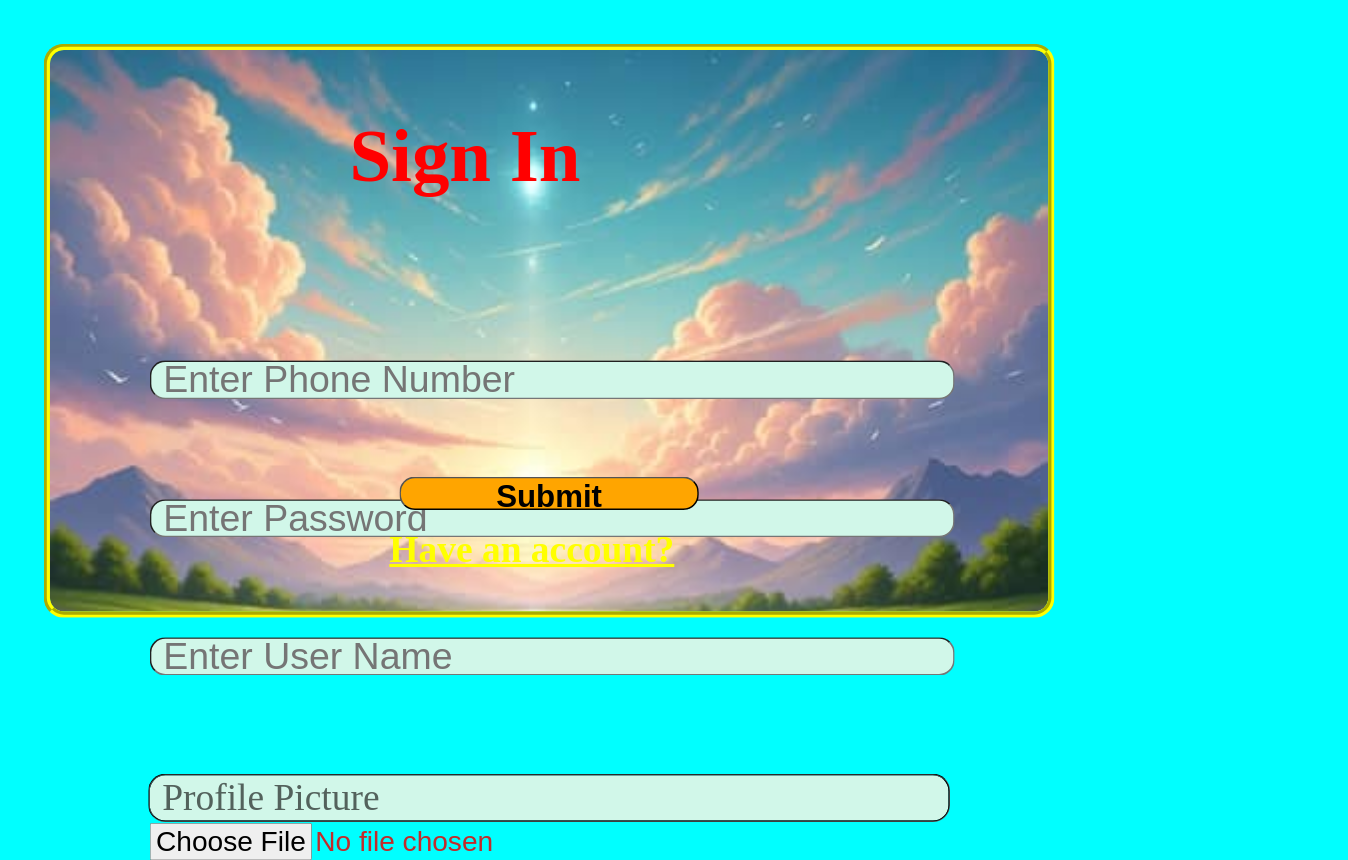
Repository: Amani-Kibet/express-app-web
Page: pages/signup/signIn.html
The author's editor kept a copy of each file at every save. The page is drawn from the files as they stood at one save, then again after the next save.
The browser window is 1280 px wide. The page is 1728 px wide, so the pictures cover 1728 px, including what lies to the right of the window. The pictures show the whole page, at 78% of full size.

Above is the page before, as saved 2025-09-28 16:33:55.

After the next save:
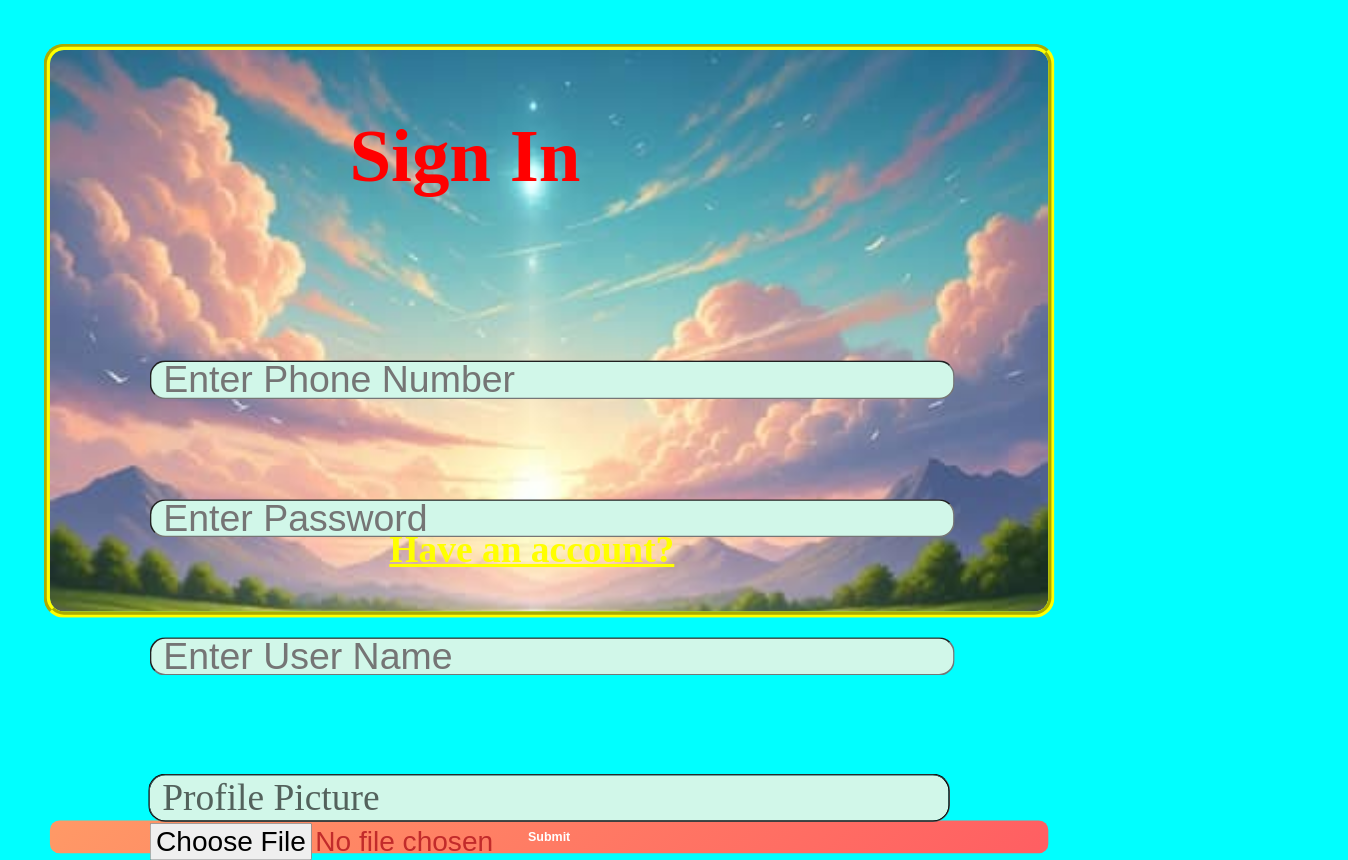
Saved 61 s later.
--- a/pages/signup/signIn.html
+++ b/pages/signup/signIn.html
@@ -49,17 +49,19 @@
     left: 1rem;
     color: black;
   }
-  #submit{
-    background: orange;
-    position: absolute;
-    width: 30%;
-    height: 6%;
-    top: 76%;
-    left: 35%;
-    border-radius: 20px;
-    font-size: 2.5em;
+  #submit {
+    background: linear-gradient(135deg, #ff9966, #ff5e62);
+    color: white;
+    width: 100%;
+    padding: 12px;
+    border: none;
+    border-radius: 12px;
+    font-size: 1rem;
     font-weight: bold;
+    cursor: pointer;
+    transition: transform 0.2s ease, box-shadow 0.2s ease;
   }
+
   #msg{
     background: lightblue;
     width: 70%;

After the save that followed:
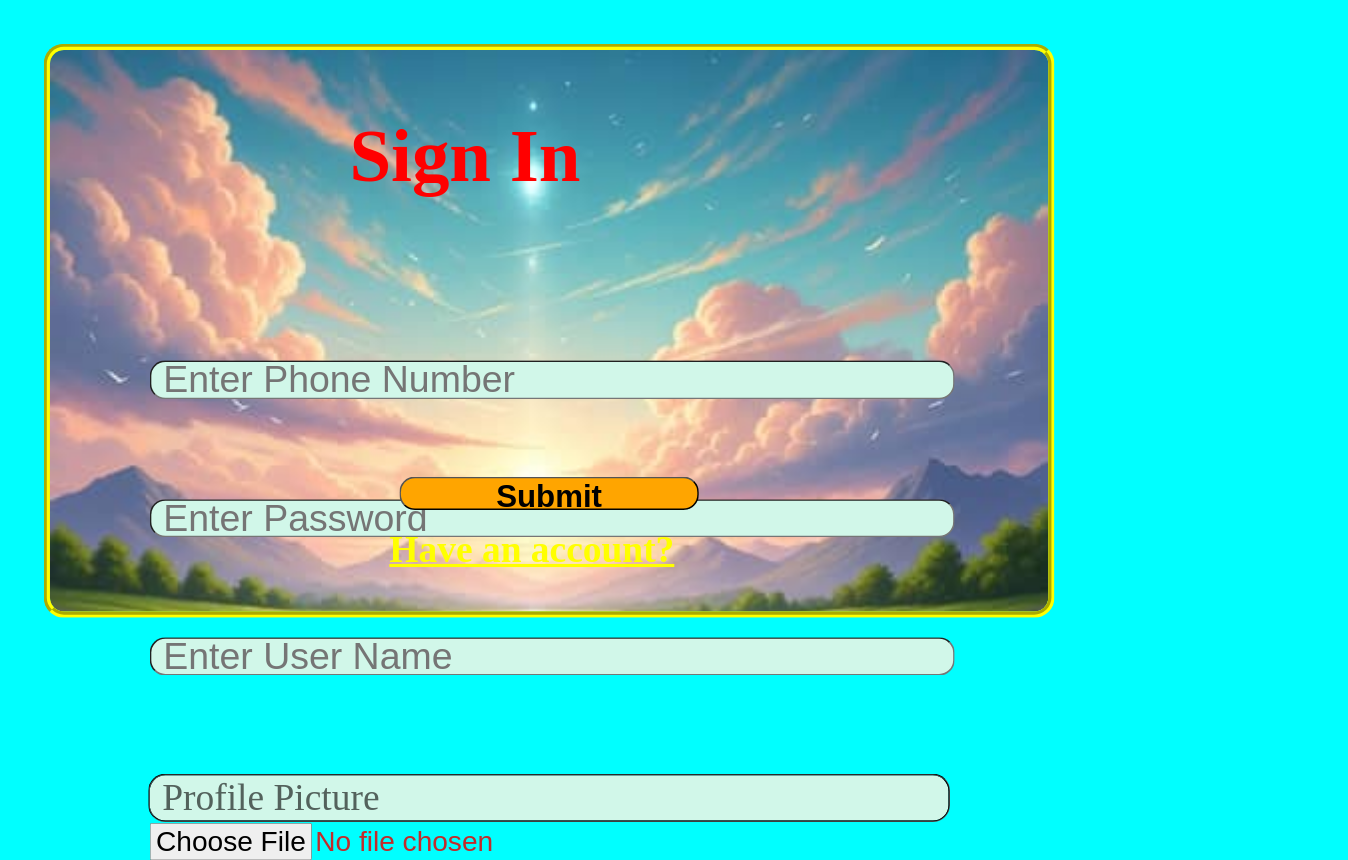
Saved 27 s later.
--- a/pages/signup/signIn.html
+++ b/pages/signup/signIn.html
@@ -49,19 +49,17 @@
     left: 1rem;
     color: black;
   }
-  #submit {
-    background: linear-gradient(135deg, #ff9966, #ff5e62);
-    color: white;
-    width: 100%;
-    padding: 12px;
-    border: none;
-    border-radius: 12px;
-    font-size: 1rem;
+  #submit{
+    background: orange;
+    position: absolute;
+    width: 30%;
+    height: 6%;
+    top: 76%;
+    left: 35%;
+    border-radius: 20px;
+    font-size: 2.5em;
     font-weight: bold;
-    cursor: pointer;
-    transition: transform 0.2s ease, box-shadow 0.2s ease;
   }
-
   #msg{
     background: lightblue;
     width: 70%;
